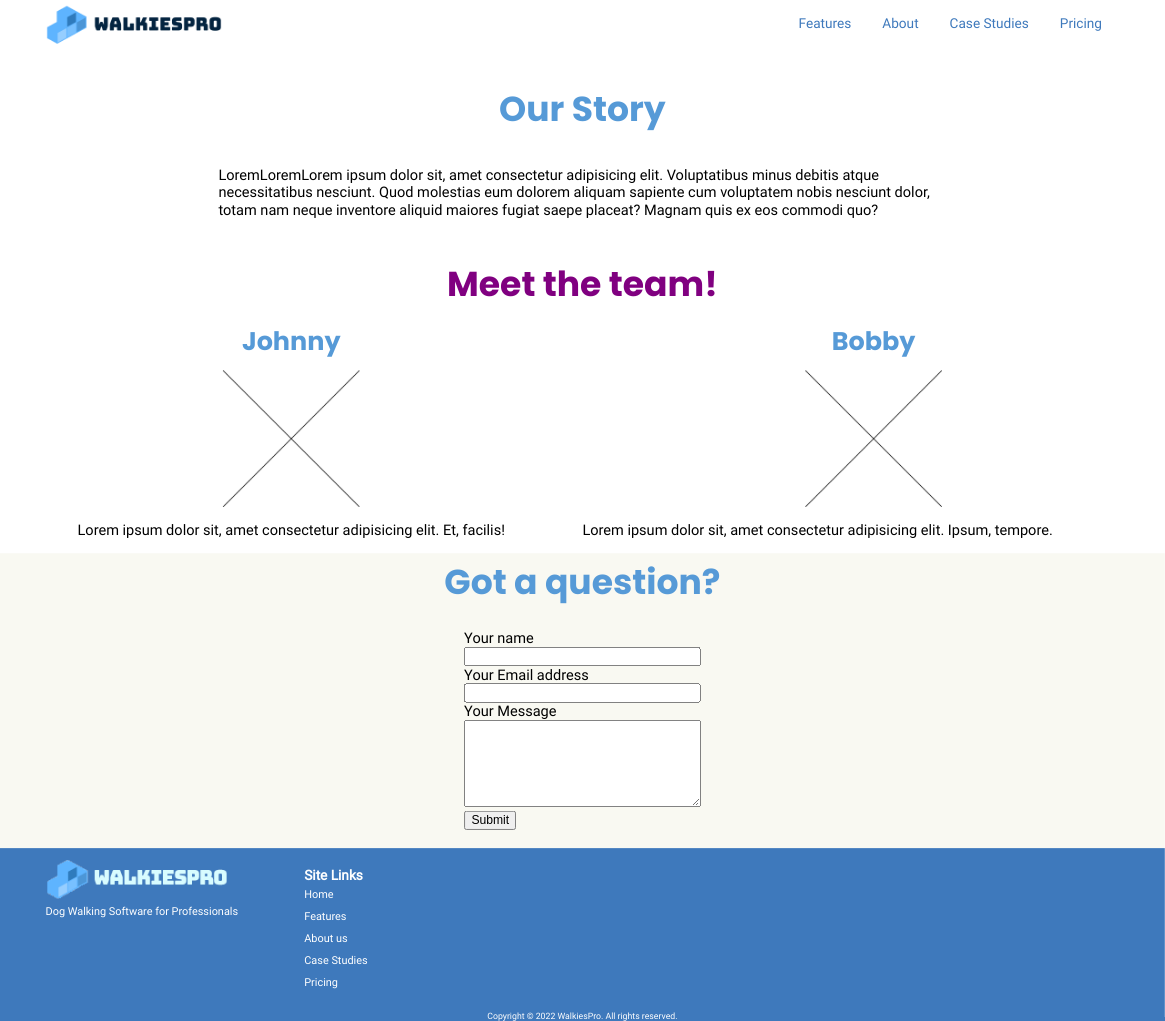
Repository: StevieC87/LAYOUT4
Page: about-us.html
An editor plug-in stored every save of this project. The page is shown before and after the next save, followed by the edit.
The browser window is 1280 px wide. The pictures show the whole page, at 91% of full size.

Above is the page before, as saved 2022-01-02 16:28:38.

After the next save:
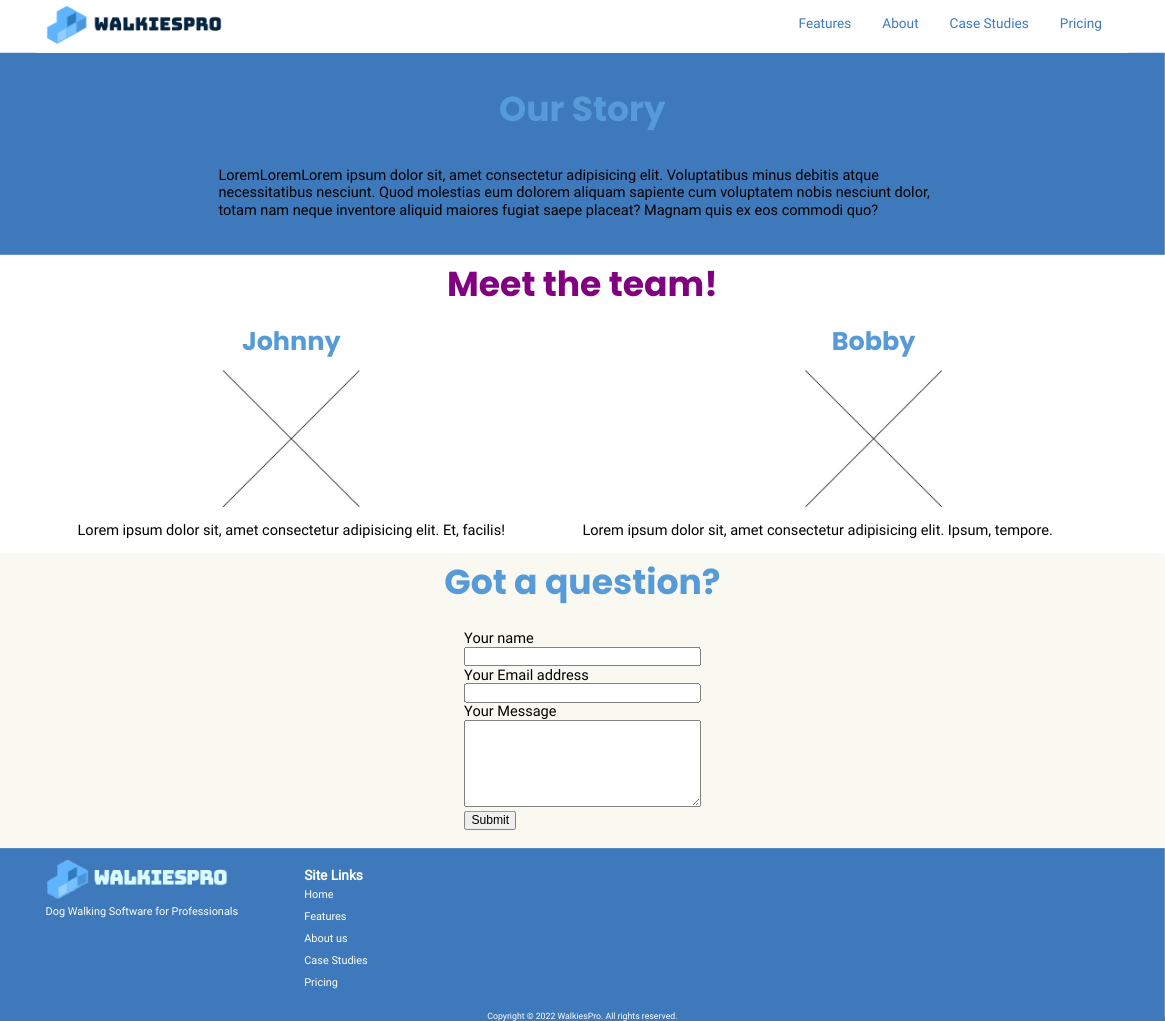
Saved 35 s later.
--- a/css/aboutus.css
+++ b/css/aboutus.css
@@ -5,6 +5,7 @@
   width: 100%;
   display: grid;
   padding: 40px 0 40px 0;
+  background-color: var(--myblue);
 }
 
 .ourstoryh1 {

After the save that followed:
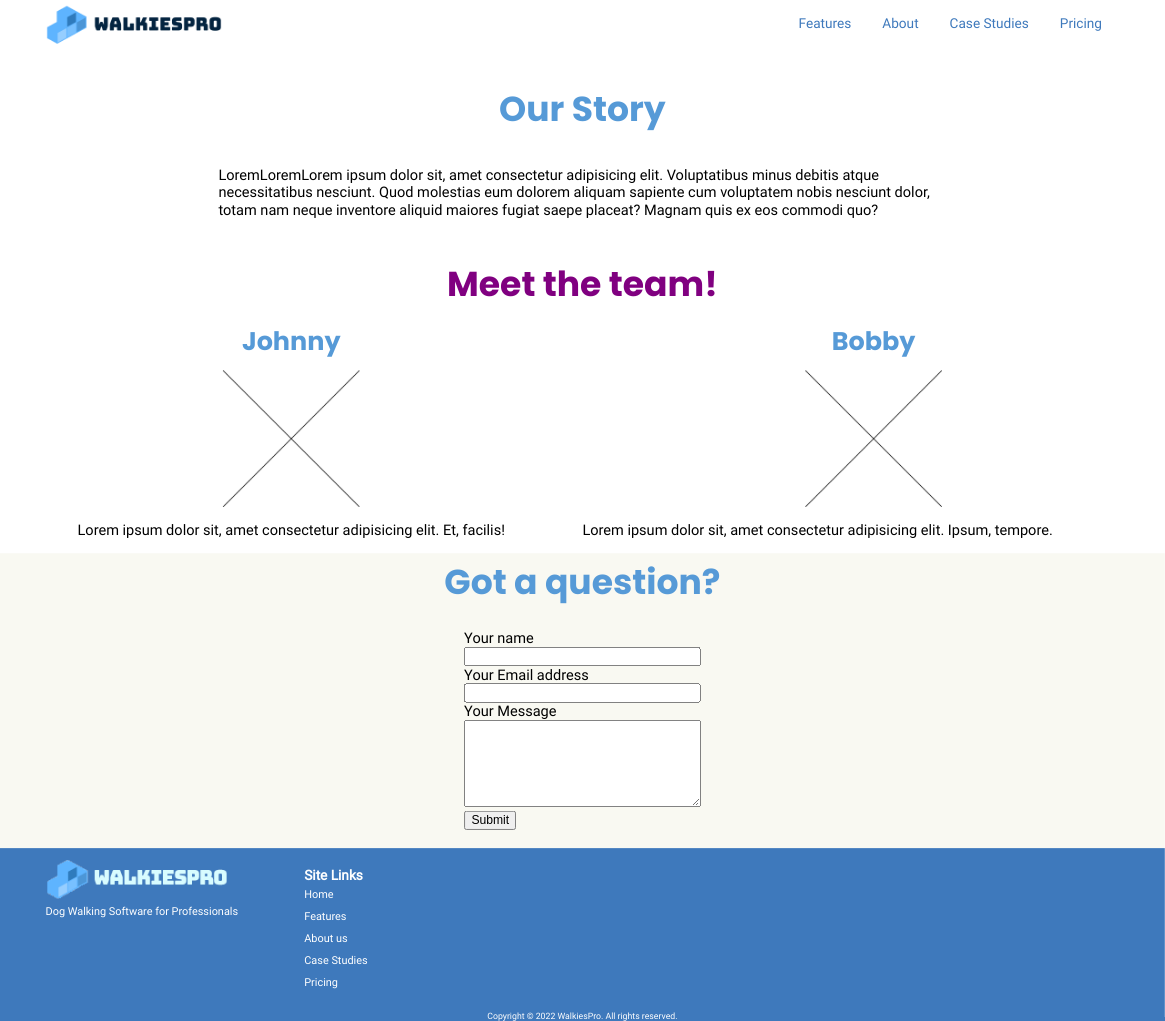
Saved 12 s later.
--- a/css/aboutus.css
+++ b/css/aboutus.css
@@ -5,7 +5,6 @@
   width: 100%;
   display: grid;
   padding: 40px 0 40px 0;
-  background-color: var(--myblue);
 }
 
 .ourstoryh1 {
